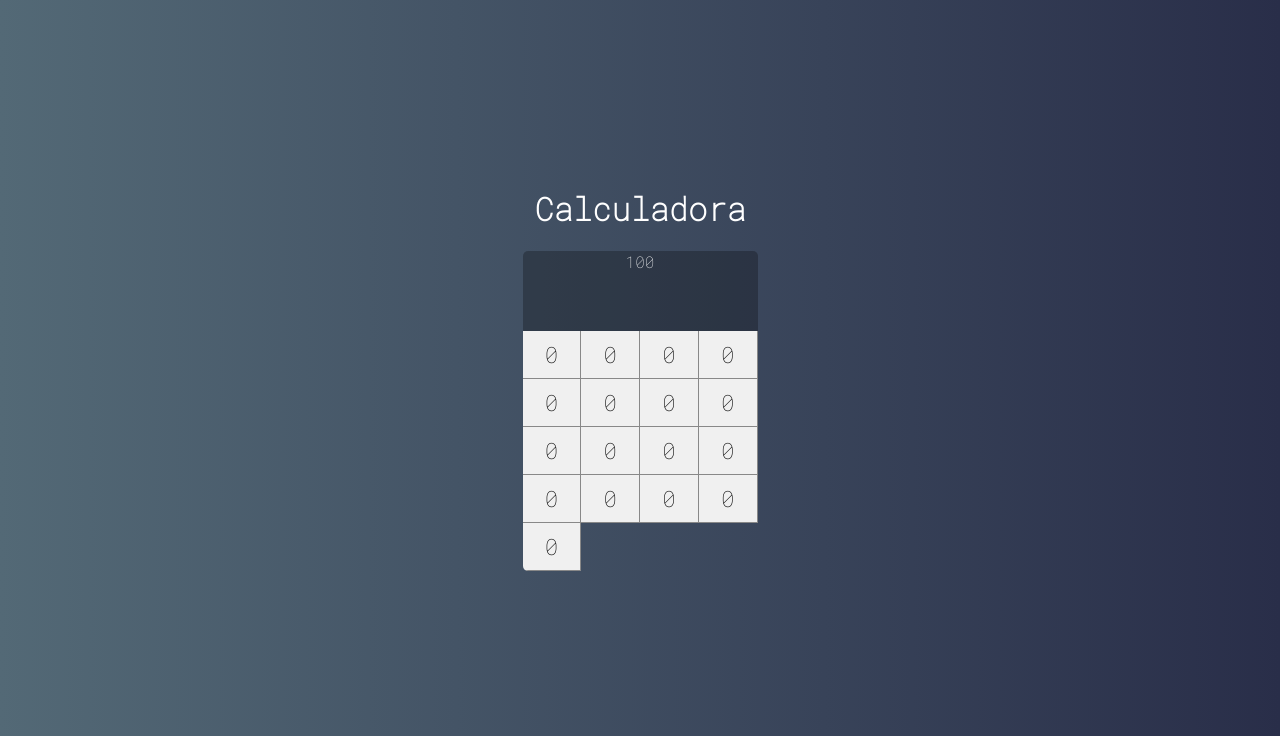
Repository: wellingtondevops/react-Calculator
Page: / (app in calculadora/)
An editor plug-in stored every save of this project. The page is shown before and after the next save, followed by the edit.
The browser window is 1280 px wide. The pictures show the whole page.
The project was rebuilt for these pictures with package versions that can differ from the ones it lists, and the page was loaded fresh each time.

Above is the page before, as saved 2020-05-07 14:37:06.

After the next save:
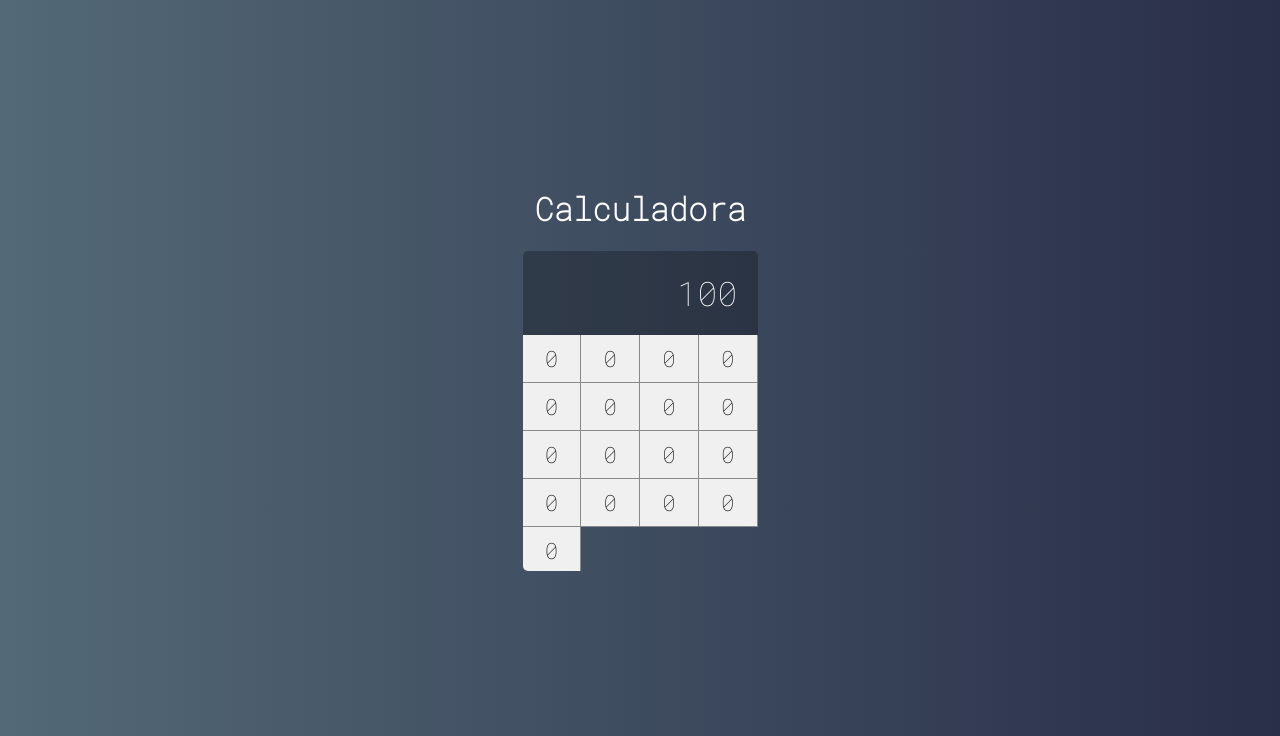
Saved 46 s later.
--- a/calculadora/src/components/Display.css
+++ b/calculadora/src/components/Display.css
@@ -1,4 +1,10 @@
 .display {
     grid-column: span 4;
     background-color: #0004;
+
+    display: flex;
+    justify-content: flex-end;
+    align-items: center;
+    padding: 20px;
+    font-size: 2.1em;
 }
